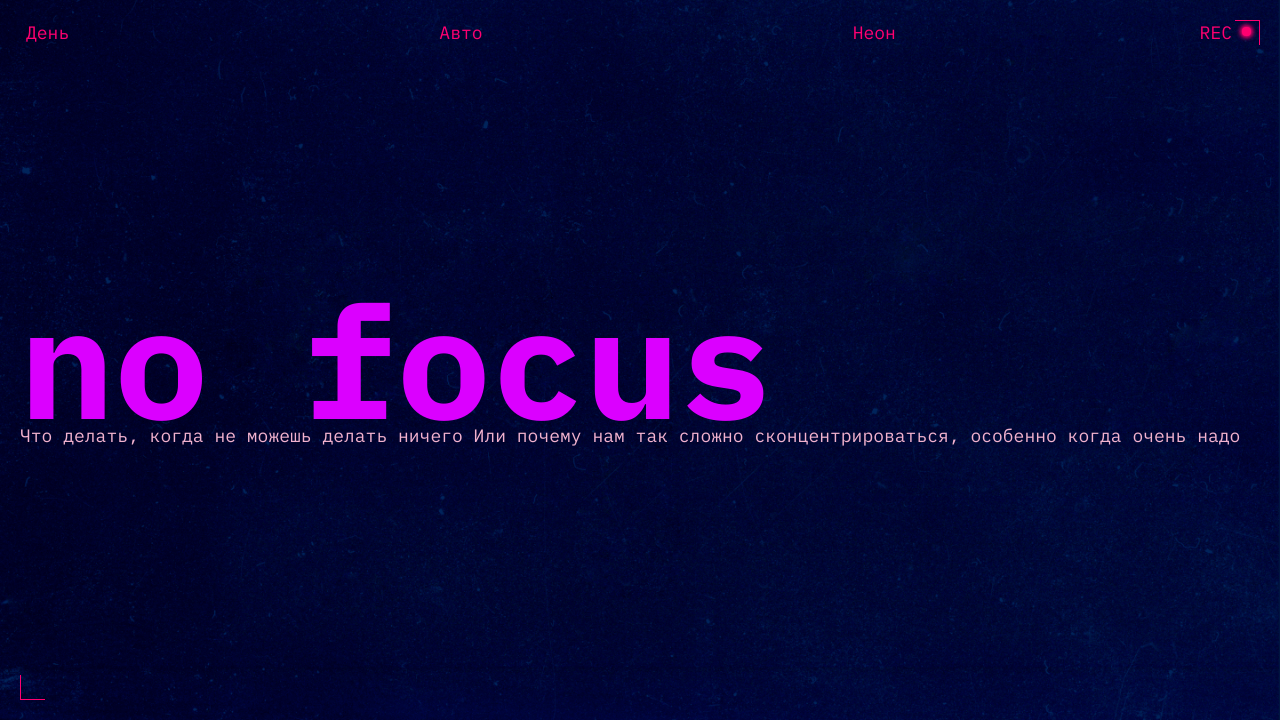
Repository: Hadoooouken/slozhno-sosredotochitsya
Page: index.html
An editor plug-in stored every save of this project. The page is shown before and after a run of saves, followed by the edit.
The browser window is 1280 px wide. The pictures show the whole page.

Above is the page before, as saved 2024-01-20 17:03:57.

### index.html
<!DOCTYPE html>
<html lang="ru">
  <head>
    <meta charset="UTF-8" />
    <meta http-equiv="X-UA-Compatible" content="IE=edge" />
    <meta name="viewport" content="width=device-width, initial-scale=1.0" />
    <meta name="color-scheme" content="dark light">
    <link rel="icon" href="images/favicon.svg" sizes="any" />
    <link rel="stylesheet" href="fonts/fonts.css" />
    <link rel="stylesheet" href="styles/globals.css" />
    <link rel="stylesheet" href="./styles/variables.css" />
    <link rel="stylesheet" href="scripts/script.js" />
    <link rel="stylesheet" href="./styles/style.css" />
    <link rel="stylesheet" href="./styles/dark.css" />
    <link rel="stylesheet" href="./styles/light.css" />
    <title>Сложно сосредоточиться</title>
  </head>
  <body class="page">
    <header class="header decorated-zone">
      <div class="decoration__element" aria-hidden="true"></div>
      <nav class="header__theme-menu">
        <ul class="header__theme-menu-list">
          <li class="header__theme-menu-item">
            <button
              class="header__theme-menu-button header__theme-menu-button_type_light"
            >
              День
            </button>
          </li>
          <li class="header__theme-menu-item">
            <button
              class="header__theme-menu-button header__theme-menu-button_active header__theme-menu-button_type_auto"
              disabled
            >
              Авто
            </button>
          </li>
          <li class="header__theme-menu-item">
            <button
              class="header__theme-menu-button header__theme-menu-button_type_dark"
            >
              Неон
            </button>
          </li>
        </ul>
      </nav>
      <h1 class="header__title">no focus</h1>
    <p class="header__text">Что делать, когда не можешь делать ничего Или почему нам так сложно сконцентрироваться, особенно когда очень надо
      </p>

    </header>

    <script src="./scripts/script.js"></script>
  </body>
</html>

### styles/variables.css
:root {/*
  Переменные для вашего проекта
  и их переопределение под различные устройства
*/
--main-font:'IBM Plex mono';
--title-color:#DB00FF;
--subtitle-color:#000028;
--text-color: #F1B2CE;
--section-title: #FF0070;


}

### scripts/script.js
const themeButtons = document.querySelectorAll('.header__theme-menu-button');

themeButtons.forEach((button) => {
  button.addEventListener('click', () => {
    themeButtons.forEach((btn) => {
      btn.classList.remove('header__theme-menu-button_active');
      btn.removeAttribute('disabled');
    });
    if (
      [...button.classList].includes('header__theme-menu-button_type_light')
    ) {
      changeTheme('light');
    } else if (
      [...button.classList].includes('header__theme-menu-button_type_dark')
    ) {
      changeTheme('dark');
    } else {
      changeTheme('auto');
    }
    button.classList.add('header__theme-menu-button_active');
    button.setAttribute('disabled', true);
  });
});

function changeTheme(theme) {
  document.body.className = 'page';
  document.body.classList.add(`theme_${theme}`);
  localStorage.setItem('theme', theme);
}

function initTheme() {
  const theme = localStorage.getItem('theme');
  if (theme) {
    changeTheme(theme);
    themeButtons.forEach((btn) => {
      btn.classList.remove('header__theme-menu-button_active');
      btn.removeAttribute('disabled');
    });
    document
      .querySelector(`.header__theme-menu-button_type_${theme}`)
      .classList.add('header__theme-menu-button_active');
    document
      .querySelector(`.header__theme-menu-button_type_${theme}`)
      .setAttribute('disabled', true);
  }
}

initTheme();

### styles/style.css
/* Основные стили проекта. Это стили для темы, которую вы верстаете первой. */

.page {
  /* сохраните в разметке и стилях класс page. На его основе работает скрипт. */

  background-color: #000028;
  background-image: url(/images/cover-image-dark.png);
  background-attachment: fixed;
  background-position: center;
  background-size: cover;
  font-family: "IBM Plex mono";
  font-size: 18px;
}

.header {
  position: relative;
  block-size: 100vh;
  min-height: 375px;
  height: 100vh;
  padding: 20px;
  display: grid;
  grid-template-rows: 1fr min-content 1fr;


}

.decorated-zone::before {
  content: "";
  position: absolute;
  border-top: 1px solid #ff0070;
  border-right: 1px solid #ff0070;
  right: 20px;
  top: 20px;
  width: 25px;
  height: 25px;
}

.decorated-zone::after {
  content: "";
  position: absolute;
  border-bottom: 1px solid #ff0070;
  border-left: 1px solid #ff0070;
  left: 20px;
  bottom: 20px;
  width: 25px;
  height: 25px;
}
.decoration__element {
  position: absolute;
  right: 48px;
  top: 21px;
}

.decoration__element::before {
  content: "REC";
  color: #ff0070;
  font-family: inherit;

  display: inline-block;
}

.decoration__element::after {
  content: "";
  background-color: #ff0070;
  width: 9px;
  height: 9px;
  border-radius: 4px;
  display: inline-block;
  box-shadow: 0px 0px 4px 2px #ff0070;
  top: 6px;
  left: 42px;
  position: absolute;
}

.header__title {
  font-family: var(--main-font);
  font-size: clamp(7.5rem, 0.5625rem + 14.4531vw, 9.8125rem);

  color: var(--title-color);
  line-height: 82.5%; /* 129.525px */
  text-shadow: 4px 4px 0 var(#ff0070);

}

.header__text {
  color: var(--text-color);
}




.header__theme-menu-list {
  display: grid;
  grid-template-columns: 1fr 1fr 1fr;


}

.header__theme-menu-item {


}

.header__theme-menu-button {
  background-color: transparent;
  color: var(--section-title);
  border: none;

}

.header__theme-menu-button:active {
  border: 1px solid #ff0070;
  }

### styles/dark.css
/*
  Специально для тёмной темы при наличии класса,
  здесь окажутся стили, которые нужно переопределить принудительно,
  переключая тему
*/

.page.theme_dark {
  /* сохраните этот селектор в приведённом виде.
    Так стили написанные ниже будут иметь больший вес,
    чем стили в медиазапросе предпочтений пользователя
  */
--main-font:'IBM Plex mono';
--title-color:#DB00FF;
--subtitle-color:#000028;
--text-color: #F1B2CE;
--section-title: #FF0070;

}

Loaded but not shown: fonts/fonts.css (common file); styles/globals.css (common file); styles/light.css (common file)

After the next 2 saves:
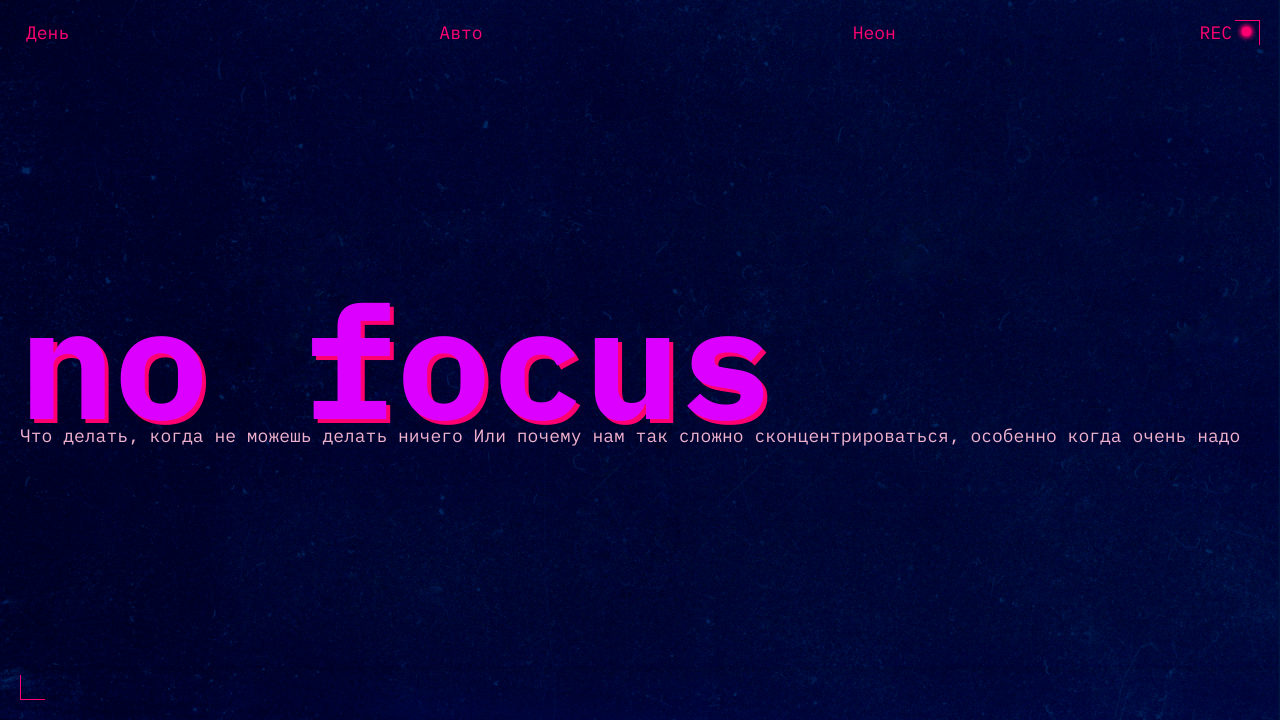
The 2 saves are shown as one change because they came seconds apart.
The last was saved 72 s later.
--- a/styles/style.css
+++ b/styles/style.css
@@ -78,7 +78,7 @@
 
   color: var(--title-color);
   line-height: 82.5%; /* 129.525px */
-  text-shadow: 4px 4px 0 var(#ff0070);
+  text-shadow: 4px 4px 0 #ff0070;
 
 }
 
